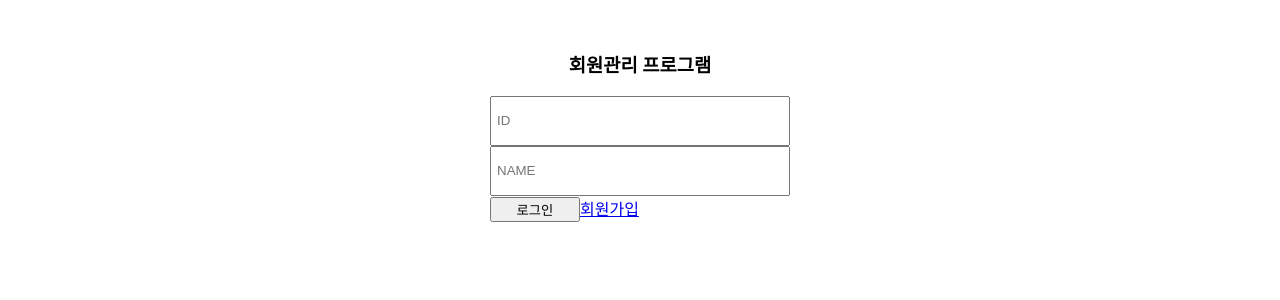
Repository: goatmxj67/ServerProgram1
Page: http://localhost/ServerProgram1/login.jsp
An editor plug-in stored every save of this project. The page is shown before and after the next save, followed by the edit.
The browser window is 1280 px wide. The pictures show the whole page.
The page is served by Tomcat 9. Other server files are loaded and not shown.

Above is the page before, as saved 2021-06-14 07:40:51.
Console error: ReferenceError: $ is not defined

### ServerProgram1/WebContent/login.jsp
<%@ page language="java" contentType="text/html; charset=UTF-8"
    pageEncoding="UTF-8"%>

<% request.setCharacterEncoding("utf-8"); %>

<style>
	.login_form {
		width: 300px;
		margin: 50px auto;
	}
	h3 {
		text-align: center;
	}
	#f input {
		padding: 5px;
		width: 100%;
		height: 50px;
	}
	button, a {
		width: 30%;
		text-align: center;
	}
	#f button:hover {
		cursor: pointer;
	}
</style>
<script>
	$(document).ready(function(){
		const f = $('#f');
		const id = $('#id');
		const name = $('#name');
		f.submit(function(event){
			if (id.val() == '') {
				alert('아이디와 이름은 필수입니다.');
				id.focus();
				event.preventDefault();
				return false;
			}
			else if (name.val() == '') {
				alert('아이디와 이름은 필수입니다.');
				name.focus();
				event.preventDefault();
				return false;
			}
		})
	})
</script>

<div class="login_form">
	<h3>회원관리 프로그램</h3>
	<form action="/ServerProgram1/login.do" id="f" method="post">
		<input type="text" name="id" id="id" placeholder="ID"><br>
		<input type="text" name="name" id="name" placeholder="NAME"><br>
		<button>로그인</button><a href="join.do">회원가입</a>
	</form>
</div>

After the next save:
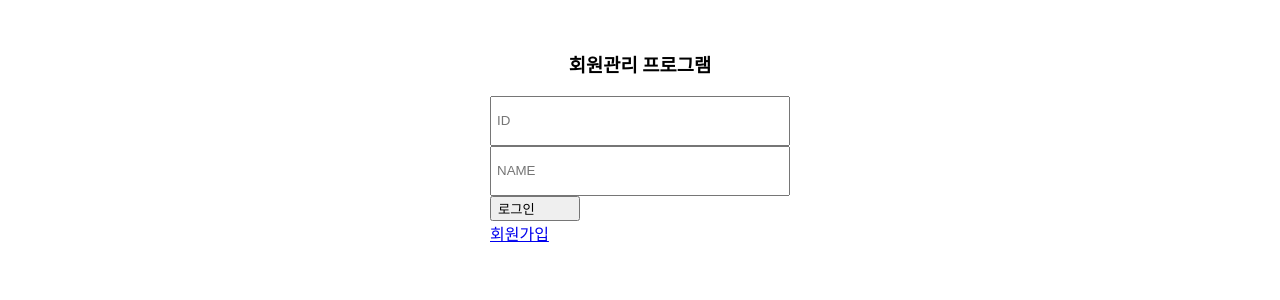
Saved 16 s later.
--- a/ServerProgram1/WebContent/login.jsp
+++ b/ServerProgram1/WebContent/login.jsp
@@ -18,7 +18,7 @@
 	}
 	button, a {
 		width: 30%;
-		text-align: center;
+		display: flex;
 	}
 	#f button:hover {
 		cursor: pointer;
